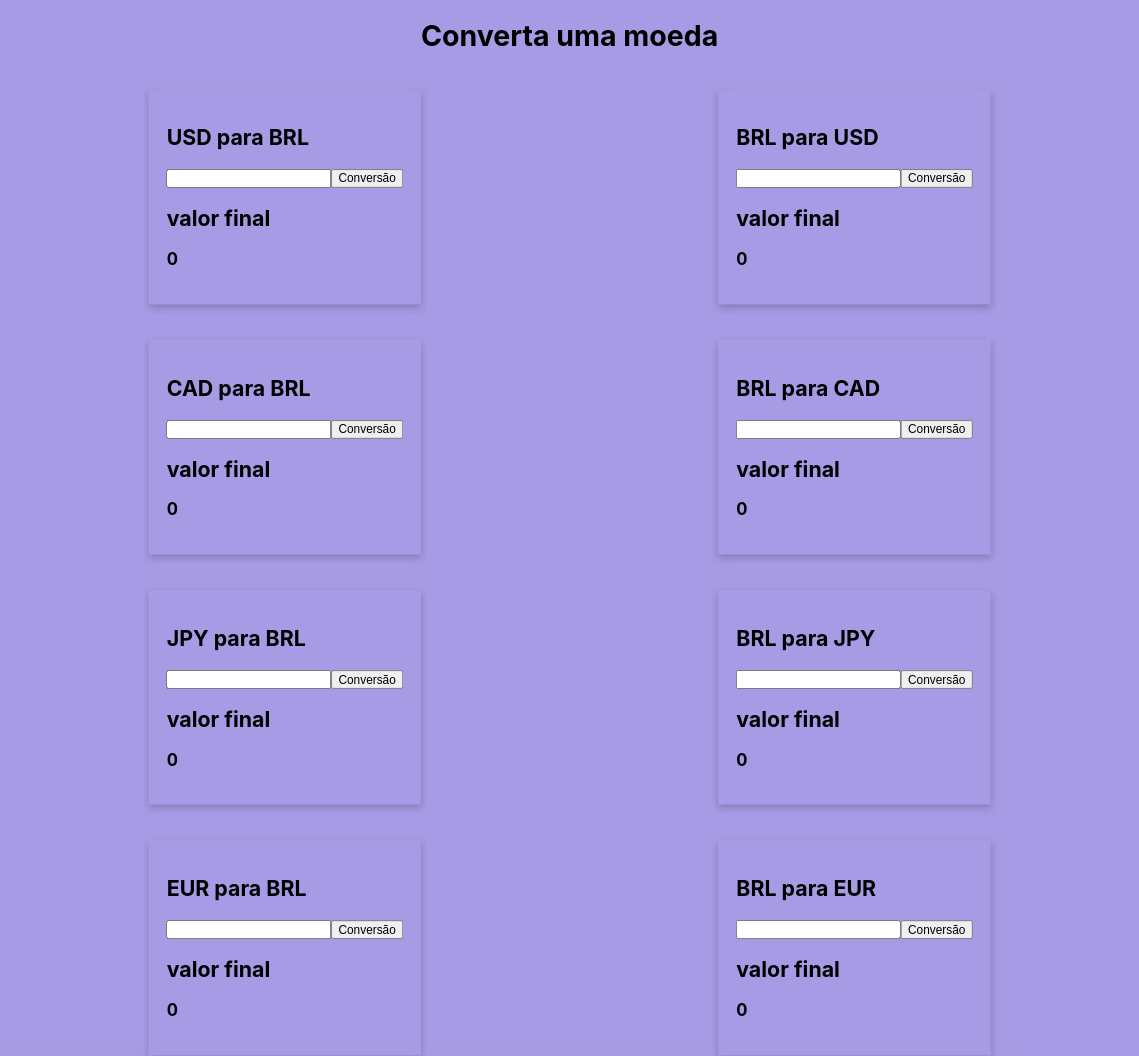
Repository: DeanLemosXD/Currency-converter
Page: /
The author's editor kept a copy of each file at every save. The page is drawn from the files as they stood at one save, then again after the next save.
The browser window is 1280 px wide. The pictures show the whole page, at 89% of full size.
The project was rebuilt for these pictures with package versions that can differ from the ones it lists, and the page was loaded fresh each time.

Above is the page before, as saved 2021-10-19 18:28:26.

### src/index.css
body {
  margin: 0;
  font-family: -apple-system, BlinkMacSystemFont, 'Segoe UI', 'Roboto', 'Oxygen',
    'Ubuntu', 'Cantarell', 'Fira Sans', 'Droid Sans', 'Helvetica Neue',
    sans-serif;
  -webkit-font-smoothing: antialiased;
  -moz-osx-font-smoothing: grayscale;
  background-color:rgb(166, 155, 228)
}

code {
  font-family: source-code-pro, Menlo, Monaco, Consolas, 'Courier New',
    monospace;
}

### src/App.js
import './App.css';
import Conversor from './components/Conversor';

function App() {
  return (
    <div className="App">
      <h1>Converta uma moeda</h1>
      <div className="linha">
      <Conversor moedaA="USD" moedaB="BRL"></Conversor>
      <Conversor moedaA="BRL" moedaB="USD"></Conversor>
      </div>
      <div className="linha">
      <Conversor moedaA="CAD" moedaB="BRL"></Conversor>
      <Conversor moedaA="BRL" moedaB="CAD"></Conversor>
      </div>
      <div className="linha">
      <Conversor moedaA="JPY" moedaB="BRL"></Conversor>
      <Conversor moedaA="BRL" moedaB="JPY"></Conversor>
      </div>
      <div className="linha">
      <Conversor moedaA="EUR" moedaB="BRL"></Conversor>
      <Conversor moedaA="BRL" moedaB="EUR"></Conversor>
      </div>
    </div>
  );
}

export default App;

### src/App.css
.linha{
    display:flex;
    margin-top:  40px;
    justify-content: space-around;


}

h1{

    text-align: center;
}

.app{
    margin: auto;
    max-width: 900px;
}

### src/components/Conversor.js
import React, { Component } from 'react'
import './conversor.css'
export default class Conversor extends Component {

    // eslint-disable-next-line no-useless-constructor
    constructor(props){
        super(props);

        this.state = {
            moedaA_Valor:"",
            moedaB_Valor:0,

        }

        this.converter = this.converter.bind(this)
    }

    converter(){

        let de_para = `${this.props.moedaA}_${this.props.moedaB}`;
        let url = `http://free.currconv.com/api/v7/convert?q=${de_para}&compact=ultra&apiKey=0d7e32903cad9cf7460c`
        //console.log(url)
        fetch(url).then(res=>{
            return res.json()
        })
        .then(json=>{

            let cotacao = json[de_para];
            let moedaB_Valor = (parseFloat(this.state.moedaA_Valor) * cotacao).toFixed(2)
            this.setState({moedaB_Valor})
        })
    }
    render(){
        return (
            <div className="conversor">
                <h2>{this.props.moedaA} para {this.props.moedaB}</h2>
                <input type="text" onChange={(event)=>{this.setState({moedaA_Valor:event.target.value})}}></input>
                <input type="button" value="Conversão" onClick={this.converter}></input>
                <h2>valor final</h2>
                <h3>{this.state.moedaB_Valor}</h3>
            </div>
        )
    }
}

### src/components/conversor.css
.conversor{
        padding: 20px;
        max-width: 300px;
        box-shadow: 0 4px 8px 0 rgba(0, 0, 0, 0.2);
        background-color: rgb(166, 155, 228);
}

Loaded but not shown: public/index.html (common file); src/index.js (common file); src/reportWebVitals.js (common file)

After the next save:
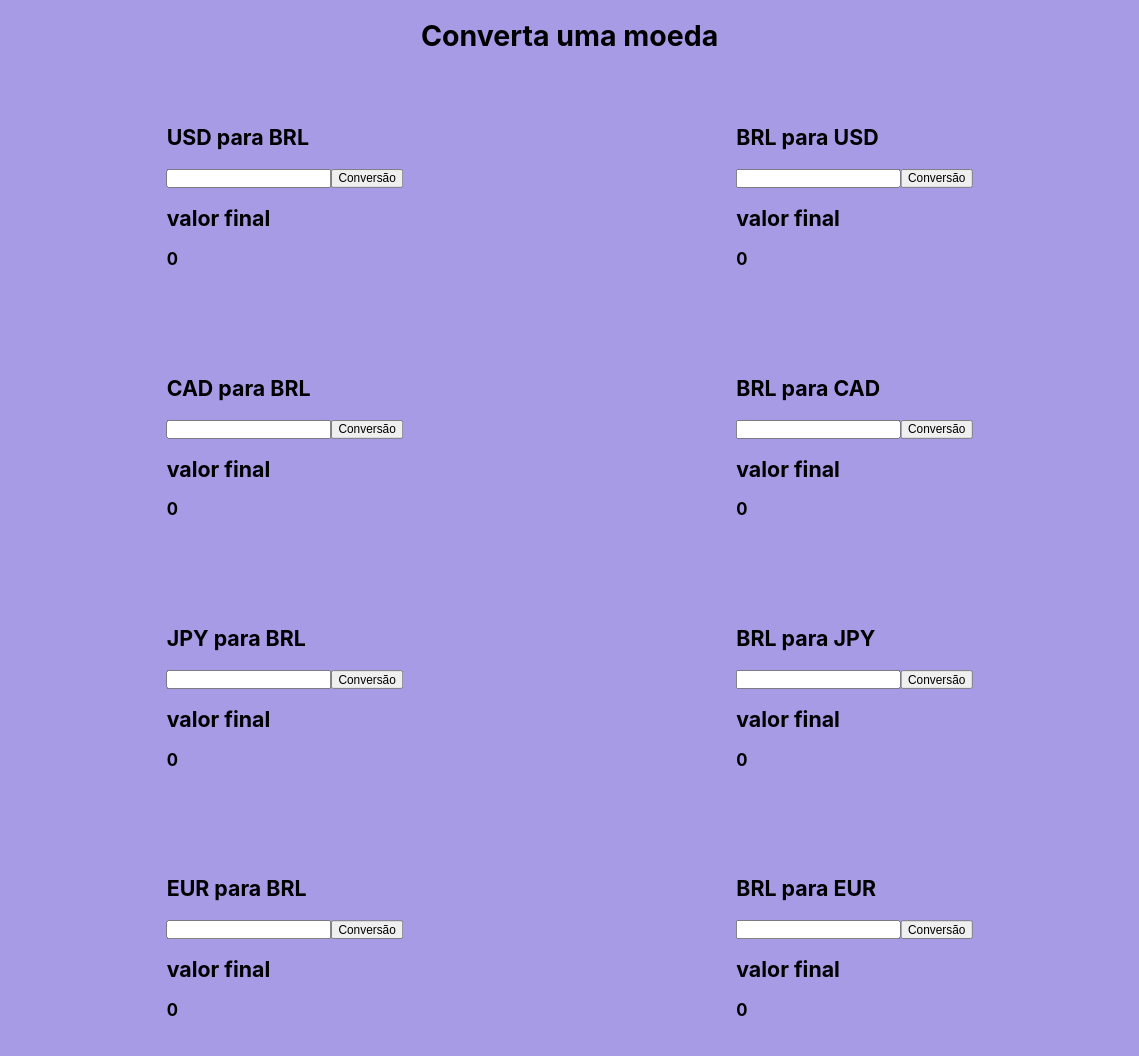
Saved 8 s later.
--- a/src/components/conversor.css
+++ b/src/components/conversor.css
@@ -1,6 +1,6 @@
 .conversor{
         padding: 20px;
         max-width: 300px;
-        box-shadow: 0 4px 8px 0 rgba(0, 0, 0, 0.2);
+
         background-color: rgb(166, 155, 228);
 }

After the save that followed:
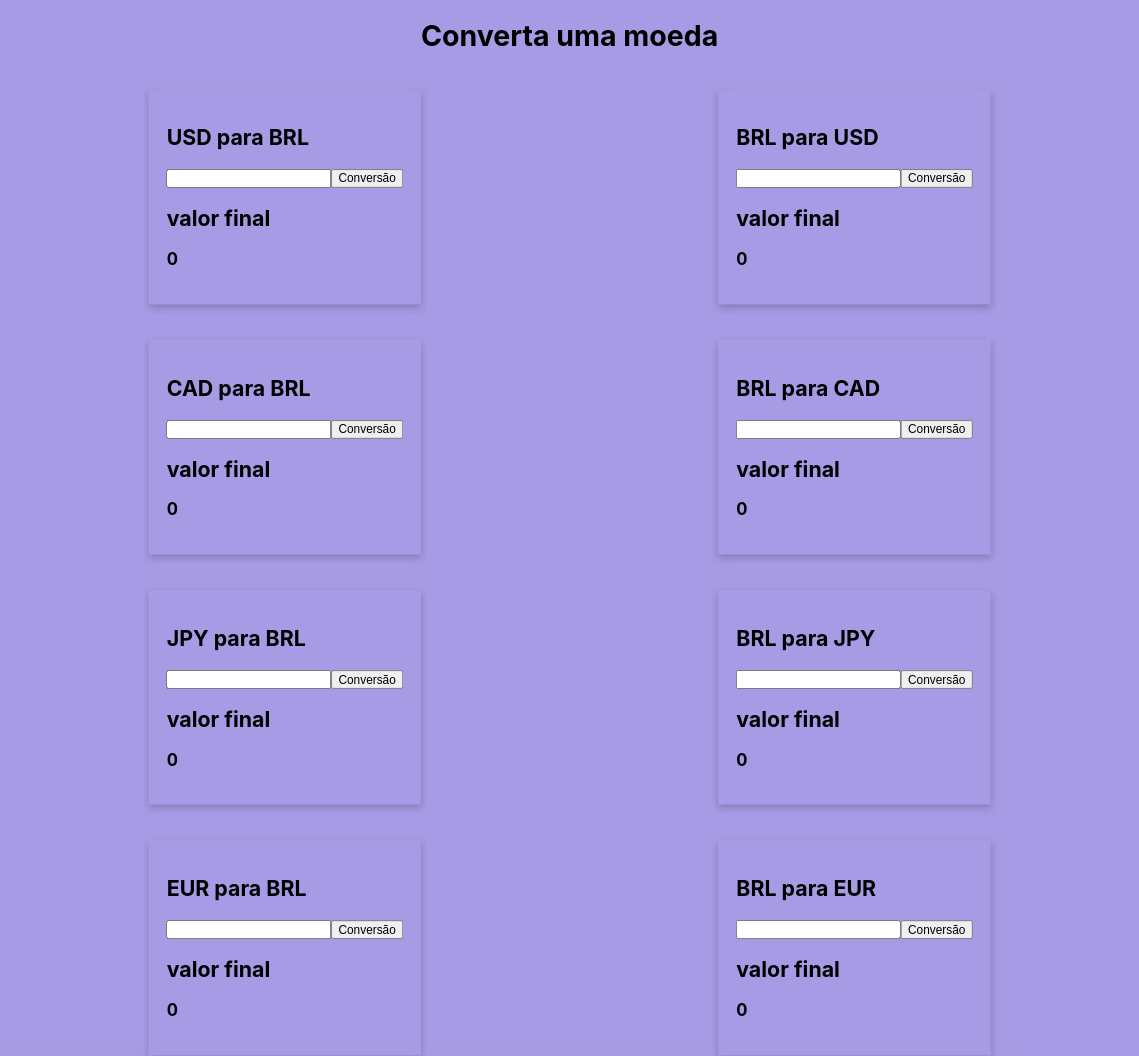
Saved 4 s later.
--- a/src/components/conversor.css
+++ b/src/components/conversor.css
@@ -1,6 +1,6 @@
 .conversor{
         padding: 20px;
         max-width: 300px;
-
+        box-shadow: 0 4px 8px 0 rgba(0, 0, 0, 0.2);
         background-color: rgb(166, 155, 228);
 }
